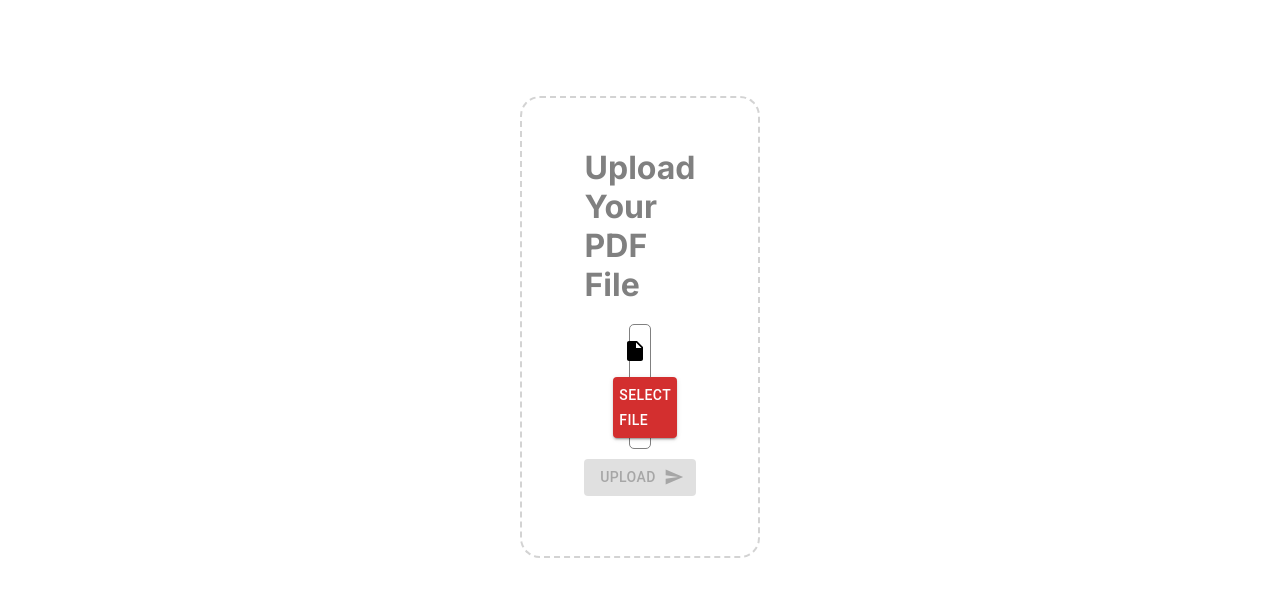
Repository: BhushanPatil-121/pdf-upload-nextjs
Page: /
These files come from the project's save history. The page is drawn as it stood at one moment and after a run of saves; the edit follows.
The browser window is 1280 px wide. The pictures show the whole page.
The project was rebuilt for these pictures with package versions that can differ from the ones it lists, and the page was loaded fresh each time. The framework's server and built-in components were replaced by stand-ins that run in the browser. Also part of the build but not shown: next.config.mjs.

Above is the page before, as saved 2024-02-29 11:09:53.

After the next 2 saves:
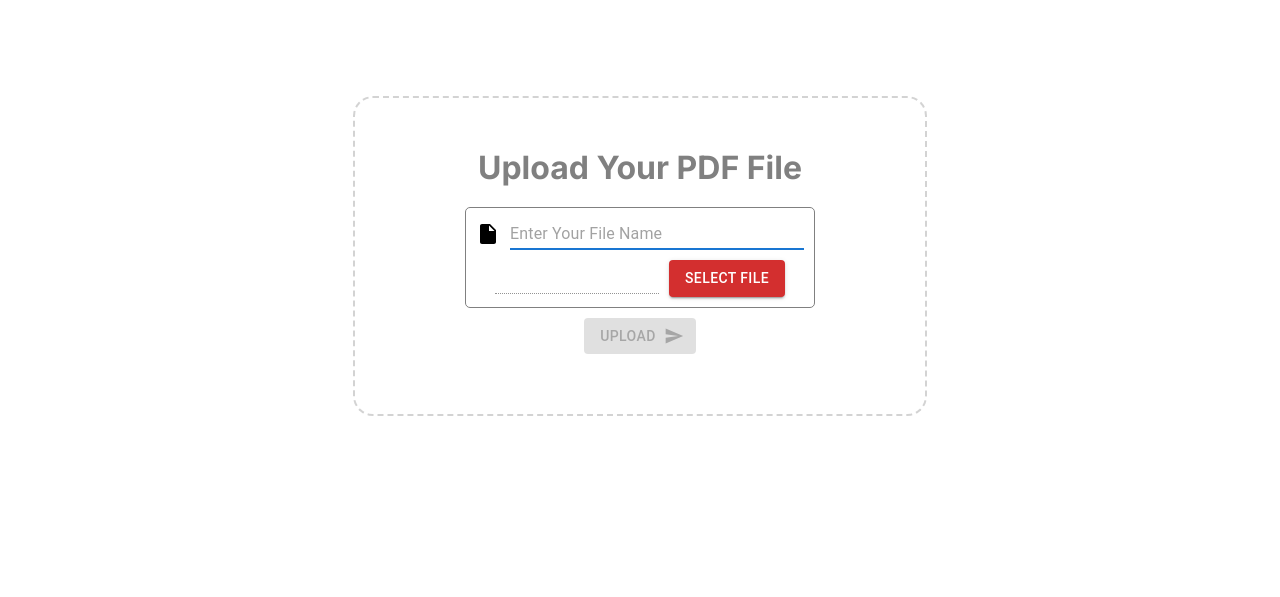
The 2 saves are shown as one change because they came seconds apart.
The last was saved 12 s later.
--- a/src/app/page.module.css
+++ b/src/app/page.module.css
@@ -9,7 +9,7 @@
 }
 
 .mainContainer {
-  width: 15em;
+  width: ;
   display: flex;
   flex-direction: column;
   justify-content: center;
